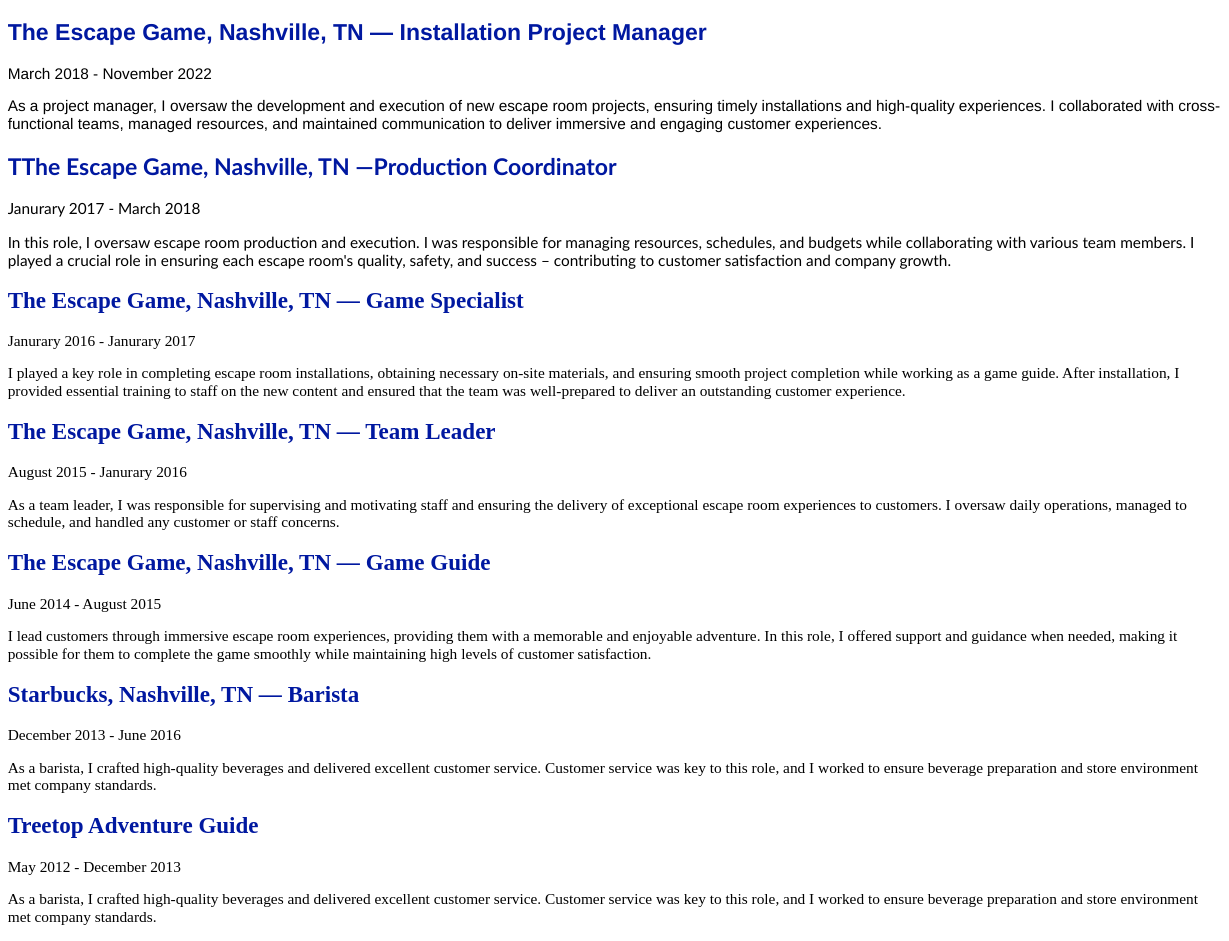
Repository: jgramirez0210/LAB-HTML-Resume
Page: index.html
The author's editor kept a copy of each file at every save. The page is drawn from the files as they stood at one save, then again after the next save.
The browser window is 1280 px wide. The pictures show the whole page, at 96% of full size.

Above is the page before, as saved 2023-10-10 15:13:53.

### index.html
<!DOCTYPE html>
<html lang="en">
<head>
  <meta charset="UTF-8">
  <meta name="viewport" content="width=device-width, initial-scale=1.0">
  <title>Jesse's Work Experience</title>
  <link rel="stylesheet" href="main.css">
</head>
<body>
  <article id="job7">
    <h2>The Escape Game, Nashville, TN — Installation Project Manager </h2>
    <time datetime="2018-03" >March 2018</time> - <time datetime="2022-10" >November 2022</time></time>
    <p>As a project manager, I oversaw the development and execution of new escape room projects, ensuring timely installations and high-quality experiences. I collaborated with cross-functional teams, managed resources, and maintained communication to deliver immersive and engaging customer experiences.</p>
  </article>
  <article id="job6">
    <h2>TThe Escape Game, Nashville, TN —Production Coordinator</h2>
    <time datetime="2017-01" >Janurary 2017</time> - <time datetime="2018-3" >March 2018</time></time>
    <p>In this role, I oversaw escape room production and execution. I was responsible for managing resources, schedules, and budgets while collaborating with various team members. I played a crucial role in ensuring each escape room's quality, safety, and success – contributing to customer satisfaction and company growth.
    </p>
  </article>
  <article id="job5">
    <h2>The Escape Game, Nashville, TN — Game Specialist</h2>
    <time datetime="2016-01" >Janurary 2016</time> - <time datetime="2017-01" >Janurary 2017</time></time>
    <p>I played a key role in completing escape room installations, obtaining necessary on-site materials, and ensuring smooth project completion while working as a game guide. After installation, I provided essential training to staff on the new content and ensured that the team was well-prepared to deliver an outstanding customer experience.
    </p>
  </article>
  <article id="job4">
    <h2>The Escape Game, Nashville, TN — Team Leader</h2>
    <time datetime="2015-0" >August 2015</time> - <time datetime="2016-01" >Janurary 2016</time></time>
    <p>As a team leader, I was responsible for supervising and motivating staff and ensuring the delivery of exceptional escape room experiences to customers. I oversaw daily operations, managed to schedule, and handled any customer or staff concerns.
    </p>
  </article>
  <article id="job3">
    <h2>The Escape Game, Nashville, TN — Game Guide</h2>
    <time datetime="2014-06" >June 2014</time> - <time datetime="2015-08" >August 2015</time></time>
    <p>I lead customers through immersive escape room experiences, providing them with a memorable and enjoyable adventure. In this role, I offered support and guidance when needed, making it possible for them to complete the game smoothly while maintaining high levels of customer satisfaction.
    </p>
  </article>
  <article id="job2">
    <h2>Starbucks, Nashville, TN — Barista</h2>
    <time datetime="2013-12" >December 2013</time> - <time datetime="2014-06" >June 2016</time></time>
    <p>As a barista, I crafted high-quality beverages and delivered excellent customer service. Customer service was key to this role, and I worked to ensure beverage preparation and store environment met company standards.
    </p>
  </article>
  <article id="job1">
    <h2>Treetop Adventure Guide</h2>
    <time datetime="2012-05" >May 2012</time> - <time datetime="2013-12" >December 2013</time></time>
    <p>As a barista, I crafted high-quality beverages and delivered excellent customer service. Customer service was key to this role, and I worked to ensure beverage preparation and store environment met company standards.
    </p>
  </article>
  <script src="main.js"></script>
</body>
</html>

### main.css
#job7 {
  font-family:'Franklin Gothic Medium', 'Arial Narrow', Arial, sans-serif;
}
#job6 {
  font-family:'Gill Sans', 'Gill Sans MT', Calibri, 'Trebuchet MS', sans-serif;
}
#job5 {
  font-family:
}
#job4 {
  font-family: ;
}
#job3 {
  font-family: ;
}
#job2 {
  font-family: ;
}
#job1 {
  font-family: ;
}
h2 {
  color: #0018a0;
}

Loaded but not shown: main.js (no stored copy; drawn as an empty file)

After the next save:
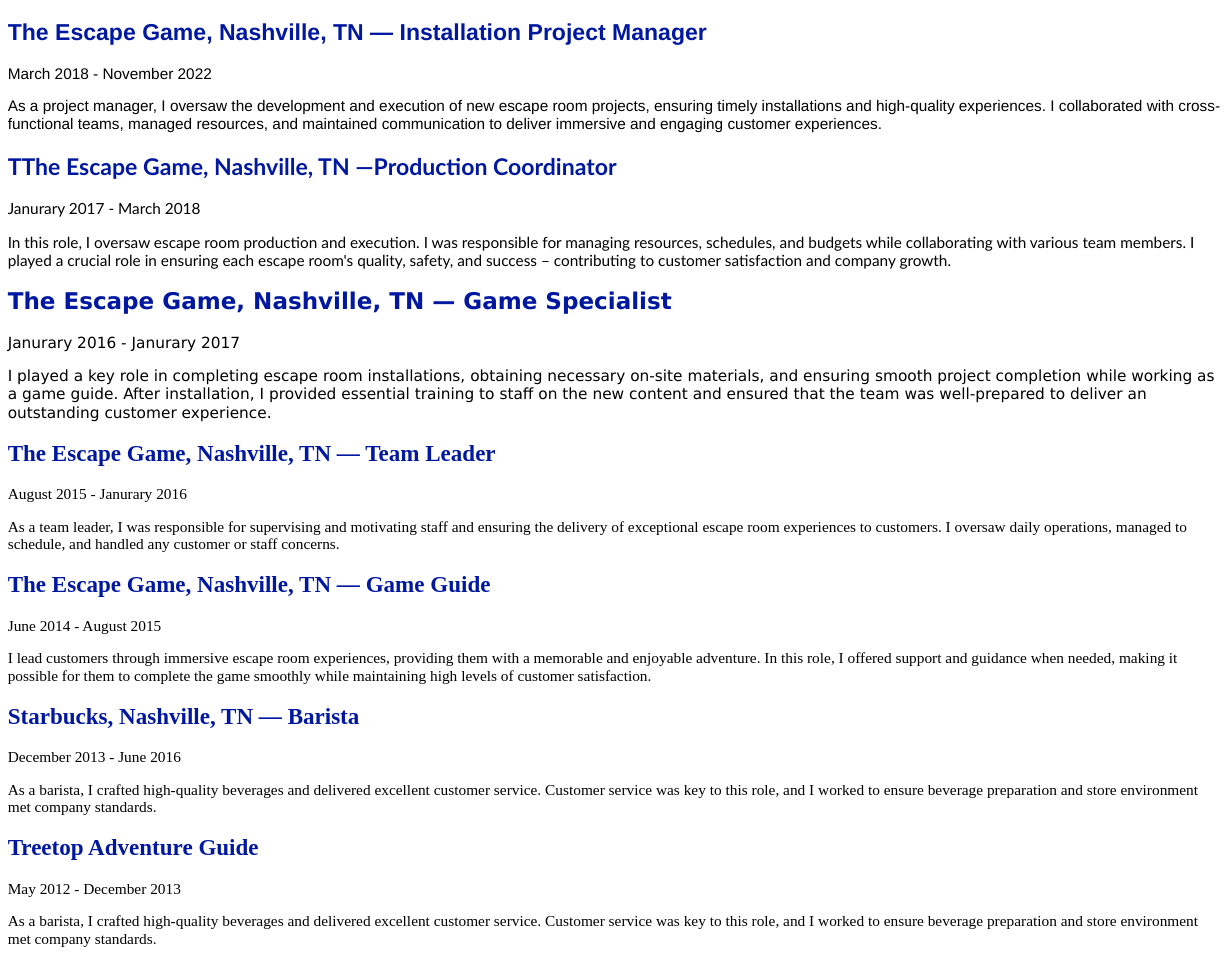
Saved 4 s later.
--- a/main.css
+++ b/main.css
@@ -5,7 +5,7 @@
   font-family:'Gill Sans', 'Gill Sans MT', Calibri, 'Trebuchet MS', sans-serif;
 }
 #job5 {
-  font-family:
+  font-family:'Lucida Sans', 'Lucida Sans Regular', 'Lucida Grande', 'Lucida Sans Unicode', Geneva, Verdana, sans-serif
 }
 #job4 {
   font-family: ;
